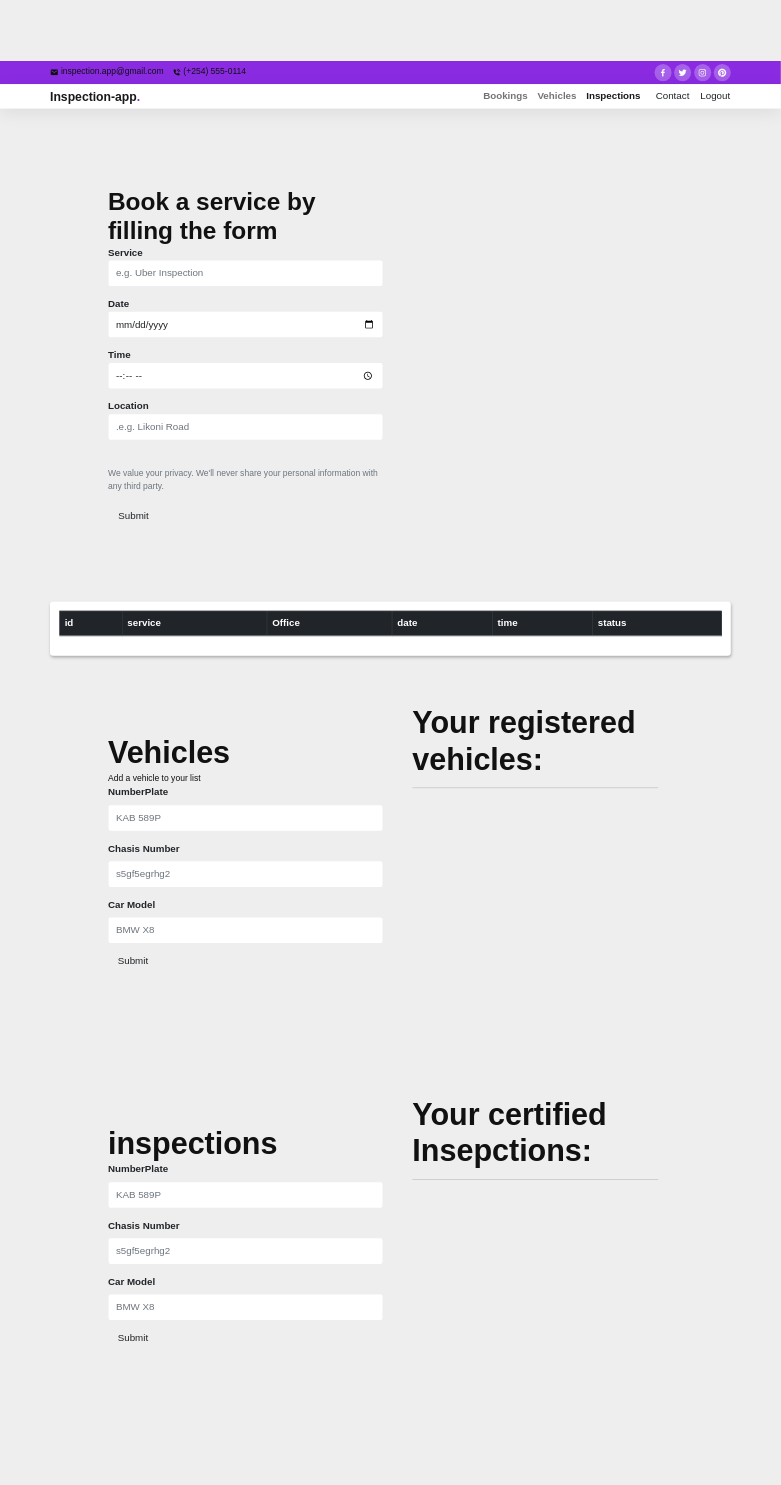
Repository: Jaynie8085/INSPECTION-APP
Page: client/admnDashboard.html
These files come from the project's save history. The page is drawn as it stood at one moment and after the next save; the edit follows.
The browser window is 1280 px wide. The pictures show the whole page, at 61% of full size.
The page's requests for data from a server got no answer. Some web libraries are served in a nearby version.

Above is the page before, as saved 2022-10-17 02:32:34.
Console error: ReferenceError: fetchBookings is not defined

### client/admnDashboard.html
<!DOCTYPE html>
<html lang="en">
<head>
    <meta charset="UTF-8">
    <meta http-equiv="X-UA-Compatible" content="IE=edge">
    <meta name="viewport" content="width=device-width, initial-scale=1.0"><script src="/js/axios/dist/axios.min.js"></script> <script src="main.js"></script>
        <!-- Bootstrap CSS -->
    <link rel="stylesheet" href="css/bootstrap.min.css">
    <link rel="stylesheet" href="css/owl.carousel.min.css">
    <link rel="stylesheet" href="css/owl.theme.default.min.css">
    <link href='https://unpkg.com/boxicons@2.1.1/css/boxicons.min.css' rel='stylesheet'>
    <link rel="stylesheet" href="https://stackpath.bootstrapcdn.com/bootstrap/4.1.3/css/bootstrap.min.css" integrity="sha384-MCw98/SFnGE8fJT3GXwEOngsV7Zt27NXFoaoApmYm81iuXoPkFOJwJ8ERdknLPMO"
    crossorigin="anonymous">
    <link rel="stylesheet" href="css/style.css">
    <link href="https://fonts.googleapis.com/css2?family=Poppins:wght@300;400;500;600&display=swap" rel="stylesheet">

    <link rel="stylesheet" href="assets/css/bootstrap.min.css">
    <link rel="stylesheet" href="assets/css/datatables.min.css">
    <link rel="stylesheet" href="assets/css/style.css">
    <title>userDashboard</title>
</head>
<body>
<body  data-bs-spy="scroll" data-bs-target=".navbar" data-bs-offset="70">


    <!-- TOP NAV -->
    <div class="top-nav" id="home">
        <div class="container">
            <div class="row justify-content-between">
                <div class="col-auto">
                    <p> <i class='bx bxs-envelope'></i> inspection.app@gmail.com</p>
                    <p> <i class='bx bxs-phone-call'></i> (+254) 555-0114</p>
                </div>
                <div class="col-auto social-icons">
                    <a href="#"><i class='bx bxl-facebook'></i></a>
                    <a href="#"><i class='bx bxl-twitter'></i></a>
                    <a href="#"><i class='bx bxl-instagram'></i></a>
                    <a href="#"><i class='bx bxl-pinterest'></i></a>
                </div>
            </div>
        </div>
    </div>

    <!-- BOTTOM NAV -->
    <nav class="navbar navbar-expand-lg navbar-light bg-white sticky-top">
        <div class="container">
            <a class="navbar-brand" href="index.html">Inspection-app<span class="dot">.</span></a>
            <button class="navbar-toggler" type="button" data-bs-toggle="collapse" data-bs-target="#navbarNav"
                aria-controls="navbarNav" aria-expanded="false" aria-label="Toggle navigation">
                <span class="navbar-toggler-icon"></span>
            </button>
            <div class="collapse navbar-collapse" id="navbarNav">
                <ul class="navbar-nav ms-auto">
                    <li class="nav-item">
                        <a class="nav-link" href="#home">Bookings</a>
                    </li>
                    <li class="nav-item">
                        <a class="nav-link" href="#vehicles">Vehicles</a>
                    </li>
                    <li class="nav-item">
                        <a class="nav-link" href="#inspections">Inspections</a>
                    </li>
                    </li>
                </ul>
                <a href="#" data-bs-toggle="modal" data-bs-target="#exampleModal" class="btn btn-brand ms-lg-3">Contact</a>
                <!-- Logout -->
                <a href="index.html" class="btn btn-brand ms-lg-3">Logout</a>
            </div>
        </div>
    </nav>
    <!-- Bookings -->
    <section id="profile">
        <div class="container">
            <div class="row justify-content-center">
                <div id="customer-frm" class="col-lg-5 py-5">
                    <form  >
                        <h2>Book a service by filling the form </h2>
                    <div class="form-group">
                        <label for="service">Service</label>
                        <input type="service" class="form-control" id="service" aria-describedby="emailHelp" placeholder="e.g. Uber Inspection  ">

                    </div>
                    <div class="form-group">
                        <label for="date">Date</label>
                        <input type="date" class="form-control" id="date" >
                    </div>
                    <div class="form-group">
                        <label for="time">Time</label>
                        <input type="time" class="form-control" id="time">
                    </div>
                    <div class="form-group">
                        <label for="location">Location</label>
                        <input type="location" class="form-control" id="location" placeholder=".e.g. Likoni Road">
                    </div>
                    <br><small id="emailHelp" class="form-text text-muted">We value your privacy. We'll never share your personal information with any third party.</small><br>
                    <button type="submit" class="btn btn-brand ms-lg-3" onclick="Booking();">Submit</button>
                    </form>

                </div>
                <div id="data-table" class="col-lg-5">
                            <!-- <ul id="bookings-list">
                            </ul>
                        </div>
                        <hr></div> -->

                        <!-- DataTable Start -->

    </section>

    <div class="container">
                        <div class="row">
                            <div class="col-12">
                                <div class="data_table">
                                    <table id="example" class="table table-striped table-bordered">
                                        <thead class="table-dark">
                                            <h2></h2>
                                            <tr>
                                                <th>id</th>
                                                <th>service</th>
                                                <th>Office</th>
                                                <th>date</th>
                                                <th>time</th>
                                                <th>status</th>
                                            </tr>
                                        </thead>
                                        <tbody>

                                        </tbody>
                                    </table>
                                </div>
                            </div>
                        </div>
                    </div>
        <!-- dataTable End -->

                </div>

    <!-- vehicles -->
    <section id="vehicles">
        <div class="container">
            <div class="row justify-content-center">
            <div id="customer-frm" class="col-lg-5 py-5">
                <form  >
                    <h1>Vehicles</h1>
                    <p>Add a vehicle to your list</p>
                    <div class="form-group">
                        <label for="numberplate" class="form-label">NumberPlate</label>
                        <input type="text" class="form-control" placeholder="KAB 589P" id="numberplate"
                            aria-describedby="emailHelp">
                    </div>
                    <div class="form-group">
                        <label for="chasisnumber" class="form-label">Chasis Number </label>
                        <input type="text" class="form-control" placeholder="s5gf5egrhg2" id="chasisnumber"
                            aria-describedby="emailHelp">
                    </div>
                    <div class="form-group">
                        <label for="model" class="form-label">Car Model</label>
                        <input type="model" class="form-control" placeholder="BMW X8" id="model"
                            aria-describedby="emailHelp">
                    </div>
                    <!-- <div class="col-12">
                        <label for="exampleInputEmail1" class="form-label">Enter General Description</label>
                        <textarea name="" placeholder="Type in your cars general description." class="form-contid=""  rows="4"></textarea>
                    </div> -->

                    <div class="col-12">
                        <button type="submit" class="btn btn-brand" onclick="vehicles();">Submit</button>
                    </div>
                </form>
                </div>
                <div class="col-lg-5">
                <div class="container center"><h1>Your registered vehicles:</h1>
                        <div >
                            <ul id="quote-list">
                            </ul>
                        </div>
                        <hr></div>
                </div>
                </div>
                </div>
        </div>
    </section>

    <!-- inspections -->
    <section id="inspections">
        <div class="container">
            <div class="row justify-content-center">
            <div id="customer-frm" class="col-lg-5 py-5">
                <form  >
                    <h1>inspections</h1>
                    <!-- <p>Add a vehicle to your list</p> -->
                    <div class="form-group">
                        <label for="numberplate" class="form-label">NumberPlate</label>
                        <input type="text" class="form-control" placeholder="KAB 589P" id="numberplate"
                            aria-describedby="emailHelp">
                    </div>
                    <div class="form-group">
                        <label for="chasisnumber" class="form-label">Chasis Number </label>
                        <input type="text" class="form-control" placeholder="s5gf5egrhg2" id="chasisnumber"
                            aria-describedby="emailHelp">
                    </div>
                    <div class="form-group">
                        <label for="model" class="form-label">Car Model</label>
                        <input type="model" class="form-control" placeholder="BMW X8" id="model"
                            aria-describedby="emailHelp">
                    </div>
                    <!-- <div class="col-12">
                        <label for="exampleInputEmail1" class="form-label">Enter General Description</label>
                        <textarea name="" placeholder="Type in your cars general description." class="form-contid=""  rows="4"></textarea>
                    </div> -->

                    <div class="col-12">
                        <button type="submit" class="btn btn-brand" onclick="vehicles();">Submit</button>
                    </div>
                </form>
                </div>
                <div class="col-lg-5">
                <div class="container center"><h1>Your certified Insepctions:</h1>
                        <div >
                            <ul id="quote-list">
                            </ul>
                        </div>
                        <hr></div>
                </div>
                </div>
                </div>
        </div>
    </section>

    <!-- Modal -->
    <div class="modal fade" id="exampleModal" tabindex="-1" aria-labelledby="exampleModalLabel" aria-hidden="true">
        <div class="modal-dialog modal-dialog-centered modal-xl">
            <div class="modal-content">
                <div class="modal-body p-0">
                    <div class="container-fluid">
                        <div class="row gy-4">
                            <div class="col-lg-4 col-sm-12 bg-cover"
                                style="background-image: url(img/isco.jpg); min-height:300px;">
                                <div>

                                </div>
                            </div>
                            <div class="col-lg-8">
                                <form class="p-lg-5 col-12 row g-3">
                                    <div>
                                        <h1>Get in touch</h1>
                                    <p>Feel free to contact us and we will get back to you as soon as possible</p>
                                    </div>
                                    <div class="col-lg-6">
                                        <label for="userName" class="form-label">First name</label>
                                        <input type="text" class="form-control" placeholder="John" id="userName"
                                            aria-describedby="emailHelp">
                                    </div>
                                    <div class="col-lg-6">
                                        <label for="userName" class="form-label">Last name</label>
                                        <input type="text" class="form-control" placeholder="kamau" id="userName"
                                            aria-describedby="emailHelp">
                                    </div>
                                    <div class="col-12">
                                        <label for="userName" class="form-label">Email address</label>
                                        <input type="email" class="form-control" placeholder="Johnkamaa@gmail.com" id="userName"
                                            aria-describedby="emailHelp">
                                    </div>
                                    <div class="col-12">
                                        <label for="exampleInputEmail1" class="form-label">Enter Message</label>
                                        <textarea name="" placeholder="Yes,how can we help you,Type your message here." class="form-control" id=""  rows="4"></textarea>
                                    </div>

                                    <div class="col-12">
                                        <button type="submit" class="btn btn-brand">Send Message</button>
                                    </div>
                                </form>
                            </div>
                        </div>
                    </div>
                </div>

            </div>
        </div>
    </div>


<div class="modal fade" id="exampleModal" tabindex="-1" aria-labelledby="exampleModalLabel" aria-hidden="true">
        <div class="modal-dialog modal-dialog-centered modal-xl">
            <div class="modal-content">
                <div class="modal-body p-0">
                    <div class="container-fluid">
                        <div class="row gy-4">
                            <div class="col-lg-4 col-sm-12 bg-cover"
                                style="background-image: url(img/c2.jpg); min-height:300px;">
                                <div>

                                </div>
                            </div>
                            <div class="col-lg-8">
                                <form class="p-lg-5 col-12 row g-3">
                                    <div>
                                        <h1>Get in touch with us</h1>
                                    <p>Feel free to contact us and we will get back to you as soon as possible</p>
                                    </div>
                                    <div class="col-lg-6">
                                        <label for="userName" class="form-label">First name</label>
                                        <input type="text" class="form-control" placeholder="John" id="userName"
                                            aria-describedby="emailHelp">
                                    </div>
                                    <div class="col-lg-6">
                                        <label for="userName" class="form-label">Last name</label>
                                        <input type="text" class="form-control" placeholder="kamau" id="userName"
                                            aria-describedby="emailHelp">
                                    </div>
                                    <div class="col-12">
                                        <label for="userName" class="form-label">Email address</label>
                                        <input type="email" class="form-control" placeholder="Johnkamaa@gmail.com" id="userName"
                                            aria-describedby="emailHelp">
                                    </div>
                                    <div class="col-12">
                                        <label for="exampleInputEmail1" class="form-label">Enter Message</label>
                                        <textarea name="" placeholder="Yes,how can we help you,Type your message here,,," class="form-control" id=""  rows="4"></textarea>
                                    </div>

                                    <div class="col-12">
                                        <button type="submit" class="btn btn-brand">Send Message</button>
                                    </div>
                                </form>
                            </div>
                        </div>
                    </div>
                </div>

            </div>
        </div>
    </div>
    <!-- dataTable -->
    <script src="assets/js/bootstrap.bundle.min.js"></script>
    <script src="assets/js/jquery-3.6.0.min.js"></script>
    <script src="assets/js/datatables.min.js"></script>
    <script src="assets/js/pdfmake.min.js"></script>
    <script src="assets/js/vfs_fonts.js"></script>
    <script src="assets/js/custom.js"></script>
    <!-- DataTable -->
    <!-- End -->
    <script src="js/jquery.min.js"></script>
    <script src="js/bootstrap.bundle.min.js"></script>
    <script src="js/owl.carousel.min.js"></script>

    <script src="https://code.jquery.com/jquery-3.5.1.js"></script>
    <script src="https://cdn.datatables.net/1.12.1/js/jquery.dataTables.min.js"></script>
    <script src="js/app.js"></script>
    <script src="index.js"></script>


</body>
</html>

### client/assets/css/style.css
/* Generated by less 3.11.1 */
/*
Design By = MJ MARAZ
Website = https://portfolio.mjmarazbd.com
Contact = mjmarazbd@gmail.com
WhatsApp = +8801869944607
Facebook = mjmarazbd
*/
* {
    margin: 0;
    padding: 0;
    outline: 0;
}

html {
    scroll-behavior: smooth;
}

html ::-webkit-scrollbar {
    width: 10px;
    background-color: #111d2c;
    cursor: pointer;
}

html ::-webkit-scrollbar-thumb {
    background: linear-gradient(160deg, #3c76ba, #1e428b);
    width: 10px;
    border-radius: 5px;
}

html ::-webkit-scrollbar-thumb:hover {
    background: #379dc3;
    cursor: pointer;
}

body {
    background: #eee;
    font-family: 'Raleway', sans-serif;
    font-family: 'Roboto', sans-serif;
    font-family: 'Poppins', sans-serif;
    font-family: 'Rubik', sans-serif;
    padding: 100px 0;
}

h1,
h2,
h3,
h4,
h5,
h6,
p,
a,
ol,
ul,
li,
img,
span,
input,
form,
label,
.btn,
.navbar,
.navbar-brand {
    margin: 0;
    padding: 0;
}

h1::selection,
h2::selection,
h3::selection,
h4::selection,
h5::selection,
h6::selection,
p::selection,
a::selection,
ol::selection,
ul::selection,
li::selection,
img::selection,
span::selection,
input::selection,
form::selection,
label::selection,
.btn::selection,
.navbar::selection,
.navbar-brand::selection {
    color: #fff;
    background: #187fcc;
    text-shadow: 1px 1px 1px #333;
}

ol,
ul,
li {
    list-style-type: none;
}

a,
a:hover {
    text-decoration: none;
    color: #333;
    -webkit-transition: 0.2s;
    transition: 0.2s;
}

h1 {
    font-size: 50px;
    color: #111;
    font-weight: 600;
}

h2 {
    font-size: 40px;
    color: #111;
    font-weight: 600;
}

h3 {
    font-size: 35px;
    color: #111;
    font-weight: 600;
}

h4 {
    font-size: 30px;
    color: #111;
    font-weight: 600;
}

h5 {
    font-size: 25px;
    color: #111;
    font-weight: 600;
}

h6 {
    font-size: 18px;
    color: #111;
}

p {
    font-size: 14px;
    color: #111;
}

.ptb-50 {
    padding: 50px 0px;
}

.mtb-15 {
    margin: 15px 0;
}


/* ==== Scoll  = Start ===== */
.totop {
    position: fixed;
    bottom: 0px;
    right: 10px;
    height: 45px;
    width: 45px;
    cursor: pointer;
    display: none;
    background: rgba(0, 0, 0, 0.3);
    color: #fff;
    border-radius: 5px 5px 0 0;
    line-height: 47px;
    font-size: 20px;
    text-align: center;
}

.totop:hover {
    line-height: 40px;
    color: #fff;
    background: #194274;
    text-shadow: 0 0 5px #000;
}

/* ==== Scoll  = End ===== */




/* ==== Header  = Start ===== */
.header_part {
    background: #0c1e2e;
    padding: 5px 80px;
    position: fixed;
    top: 0;
    width: 100%;
    text-align: center;
    z-index: 9999;
}

.header_part h4 {
    color: #fff;
    padding: 10px;
}

.header_part img {
    float: left;
    height: 60px;
    border-radius: 50%;
}

/* ==== Header  = End ===== */






/* ==== Data table  = Start ===== */

.data_table{
   background: #fff;
    padding: 15px;
    box-shadow: 1px 3px 5px #aaa;
    border-radius: 5px;
}

.data_table .btn{
    padding: 5px 10px;
    margin: 10px 3px 10px 0;
}



/* ==== Data table  = End  ===== */

Loaded but not shown: client/js/axios/dist/axios.min.js (library); client/css/bootstrap.min.css (library); client/css/owl.carousel.min.css (library); client/css/owl.theme.default.min.css (common file); client/assets/css/bootstrap.min.css (library); client/assets/css/datatables.min.css (library); client/assets/js/bootstrap.bundle.min.js (library); client/assets/js/jquery-3.6.0.min.js (library); client/assets/js/datatables.min.js (library); client/assets/js/pdfmake.min.js (library); client/assets/js/vfs_fonts.js (library); client/js/jquery.min.js (library); client/js/bootstrap.bundle.min.js (library); client/js/owl.carousel.min.js (library); client/index.js (193 lines, source omitted); client/main.js (172 lines, source omitted); client/assets/js/custom.js (58 lines, source omitted); client/js/app.js (34 lines, source omitted); client/css/style.css (543 lines, source omitted)

After the next save:
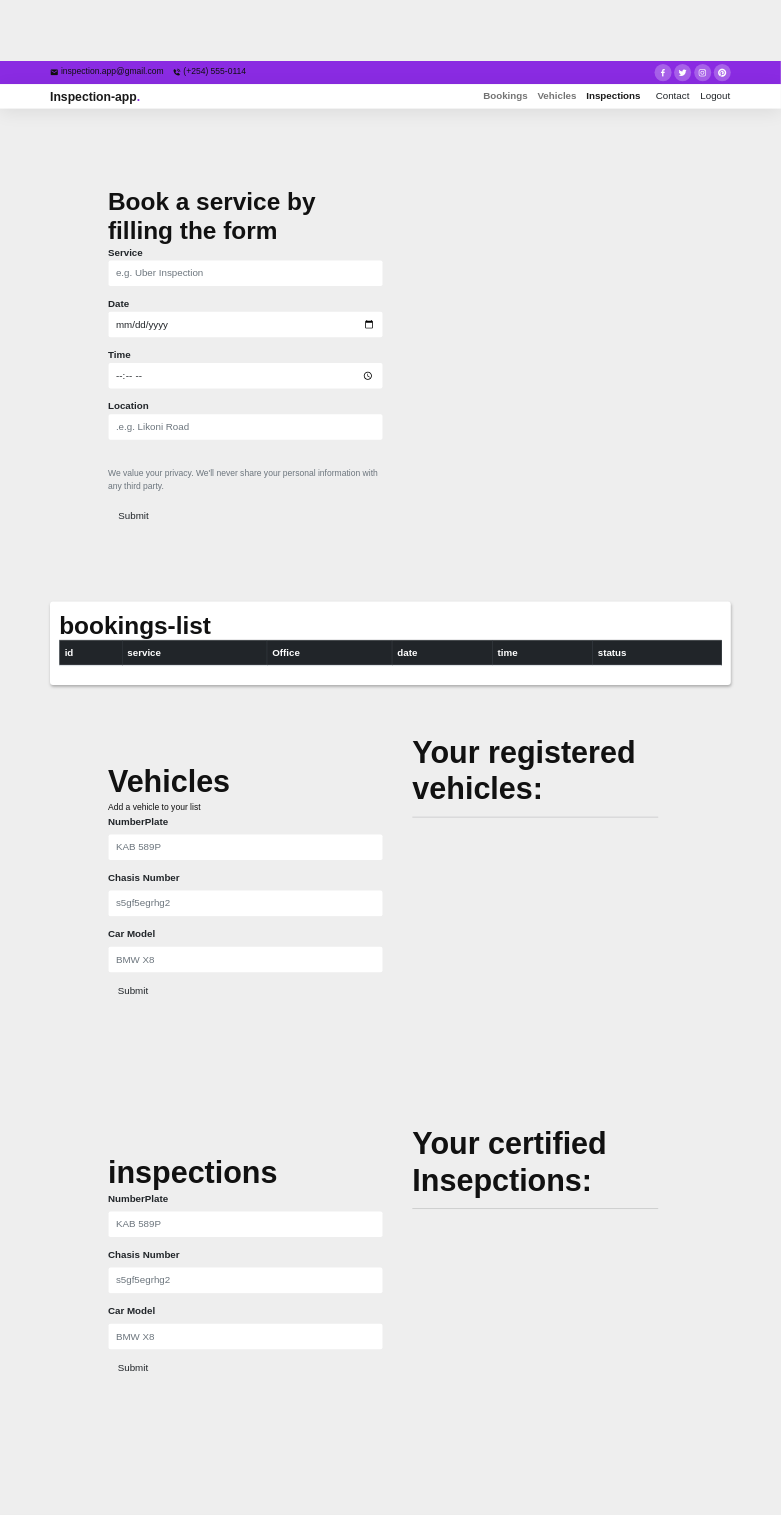
Saved 1 s later.
--- a/client/admnDashboard.html
+++ b/client/admnDashboard.html
@@ -113,7 +113,7 @@
                                 <div class="data_table">
                                     <table id="example" class="table table-striped table-bordered">
                                         <thead class="table-dark">
-                                            <h2></h2>
+                                            <h2>bookings-list</h2>
                                             <tr>
                                                 <th>id</th>
                                                 <th>service</th>
